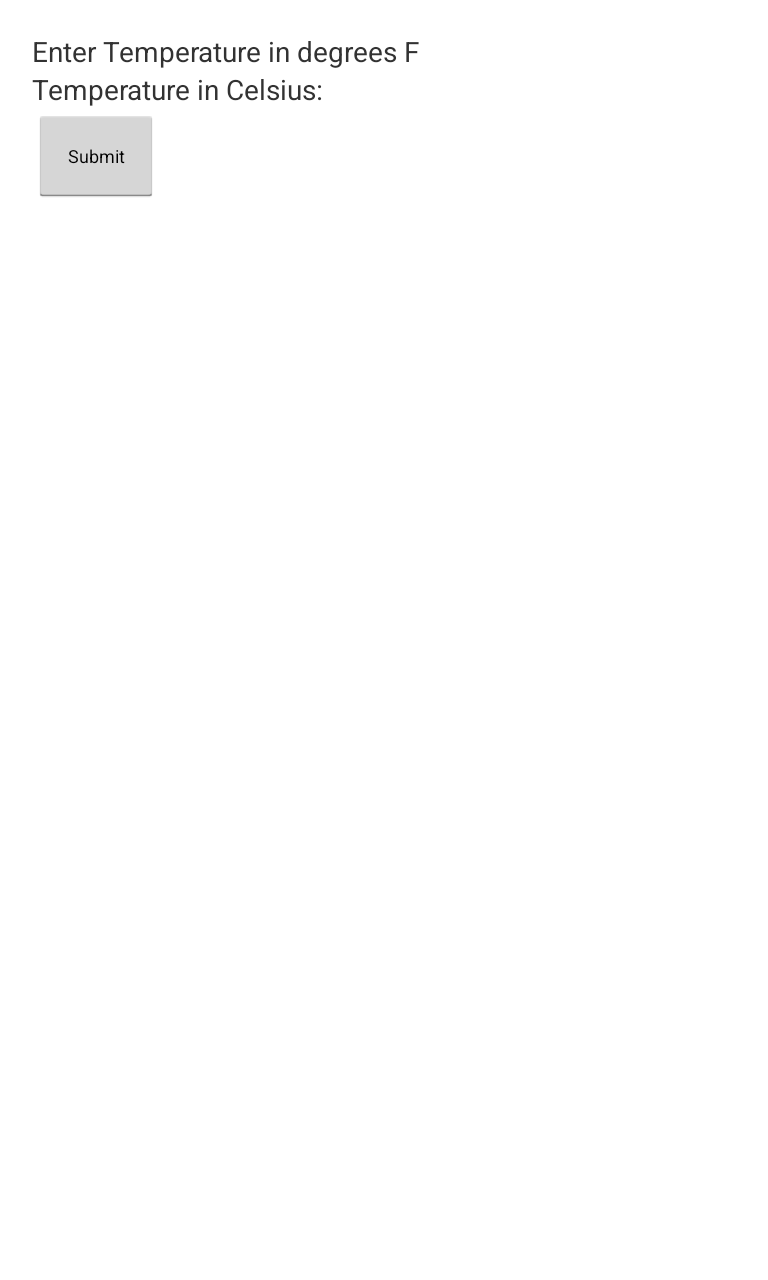
Repository: PatKelsh/IS-413
Layout: TempConverter/res/layout/activity_main.xml
These files come from the project's save history. The layout is drawn as it stood at one moment and after the next save; the edit follows.
It is drawn on a 768 x 1280 px phone screen (xhdpi) without system bars, with theme AppTheme; the app's code is not run.

Above is the layout before, as saved 2015-02-18 02:38:05.

### TempConverter/res/layout/activity_main.xml
<RelativeLayout xmlns:android="http://schemas.android.com/apk/res/android"
    xmlns:tools="http://schemas.android.com/tools"
    android:layout_width="match_parent"
    android:layout_height="match_parent"
    android:paddingBottom="@dimen/activity_vertical_margin"
    android:paddingLeft="@dimen/activity_horizontal_margin"
    android:paddingRight="@dimen/activity_horizontal_margin"
    android:paddingTop="@dimen/activity_vertical_margin"
    tools:context="edu.tempconverter.MainActivity" >

    <TextView
        android:id="@+id/request"
        android:layout_width="wrap_content"
        android:layout_height="wrap_content"
        android:text="@string/request" />

    <TextView
        android:id="@+id/response"
        android:layout_width="wrap_content"
        android:layout_height="wrap_content"
        android:layout_below="@id/request"
        android:text="@string/response"/>

    <Button
        android:layout_width="wrap_content"
        android:layout_height="wrap_content"
        android:layout_below="@id/response"
        android:textSize="4pt"
        android:text="@string/submit" />
</RelativeLayout>

### TempConverter/res/values/strings.xml
<?xml version="1.0" encoding="utf-8"?>
<resources>

    <string name="app_name">Temp Converter</string>
    <string name="hello_world">Hello world!</string>
    <string name="action_settings">Settings</string>

    <string name="request">Enter Temperature in degrees F</string>
    <string name="response">Temperature in Celsius: </string>
    <string name="submit">Submit</string>

</resources>

Loaded but not shown: TempConverter/res/values/styles.xml (common file); TempConverter/res/values-v11/styles.xml (common file); TempConverter/res/values-v14/styles.xml (common file); TempConverter/res/values/dimens.xml (common file); TempConverter/res/values-w820dp/dimens.xml (common file)

After the next save:
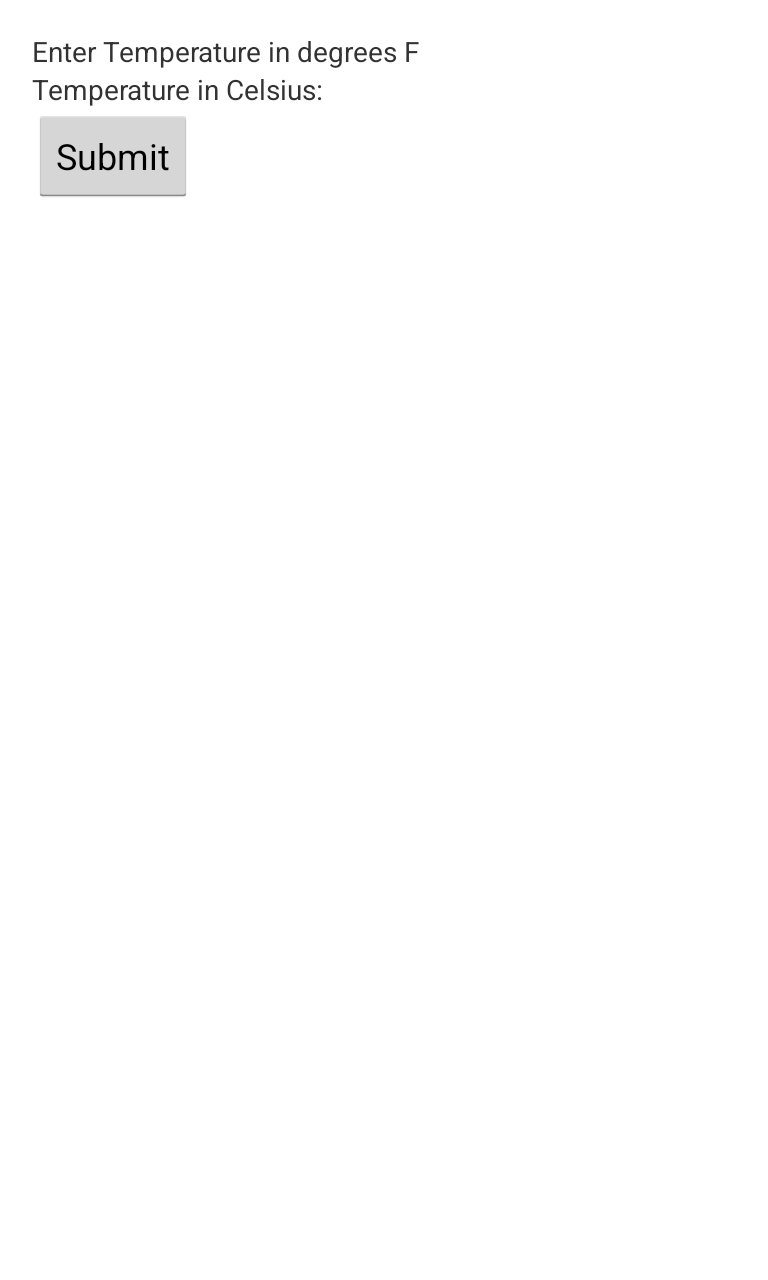
Saved 12 s later.
--- a/TempConverter/res/layout/activity_main.xml
+++ b/TempConverter/res/layout/activity_main.xml
@@ -25,6 +25,6 @@
         android:layout_width="wrap_content"
         android:layout_height="wrap_content"
         android:layout_below="@id/response"
-        android:textSize="4pt"
+        android:textSize="8pt"
         android:text="@string/submit" />
 </RelativeLayout>
